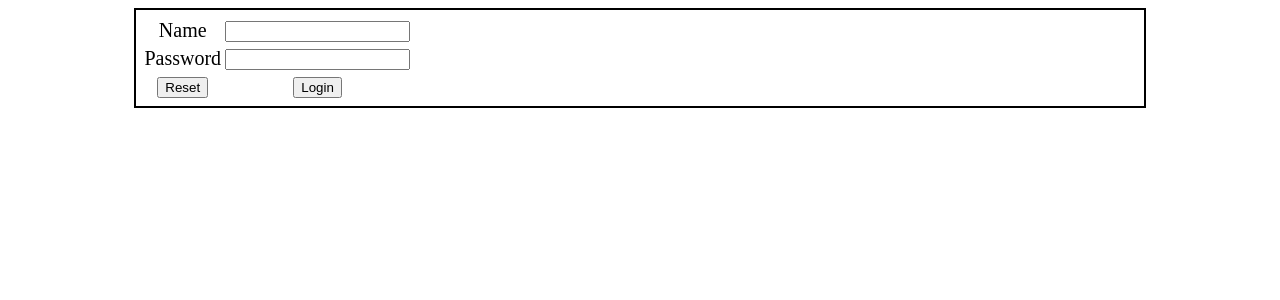
Repository: jks2127/SMS-webApp
Page: sms 1.2/WebContent/index.html
These files come from the project's save history. The page is drawn as it stood at one moment and after the next save; the edit follows.
The browser window is 1280 px wide. The pictures show the whole page.

Above is the page before, as saved 2021-06-11 12:00:59.

After the next save:
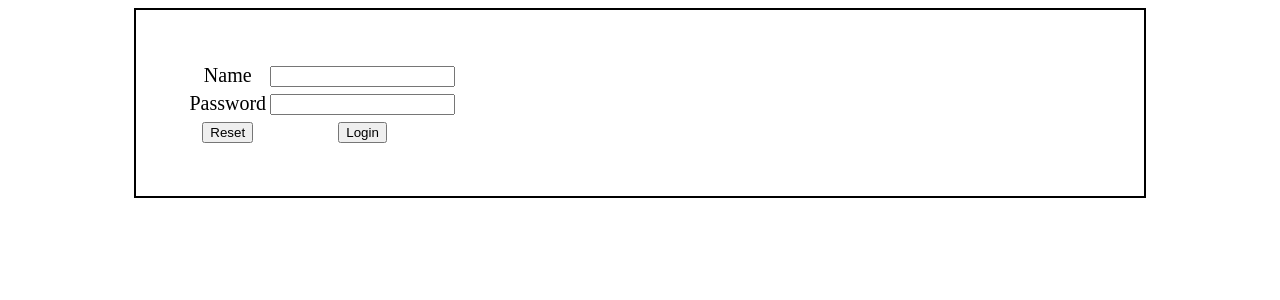
Saved 14 s later.
--- a/sms 1.2/WebContent/index.html
+++ b/sms 1.2/WebContent/index.html
@@ -9,7 +9,7 @@
 		margin-left:10%;
 		margin-right:10%;
 		border:2px solid black;
-		padding:5px;
+		padding:50px;
 		}
 
 		#body form{
